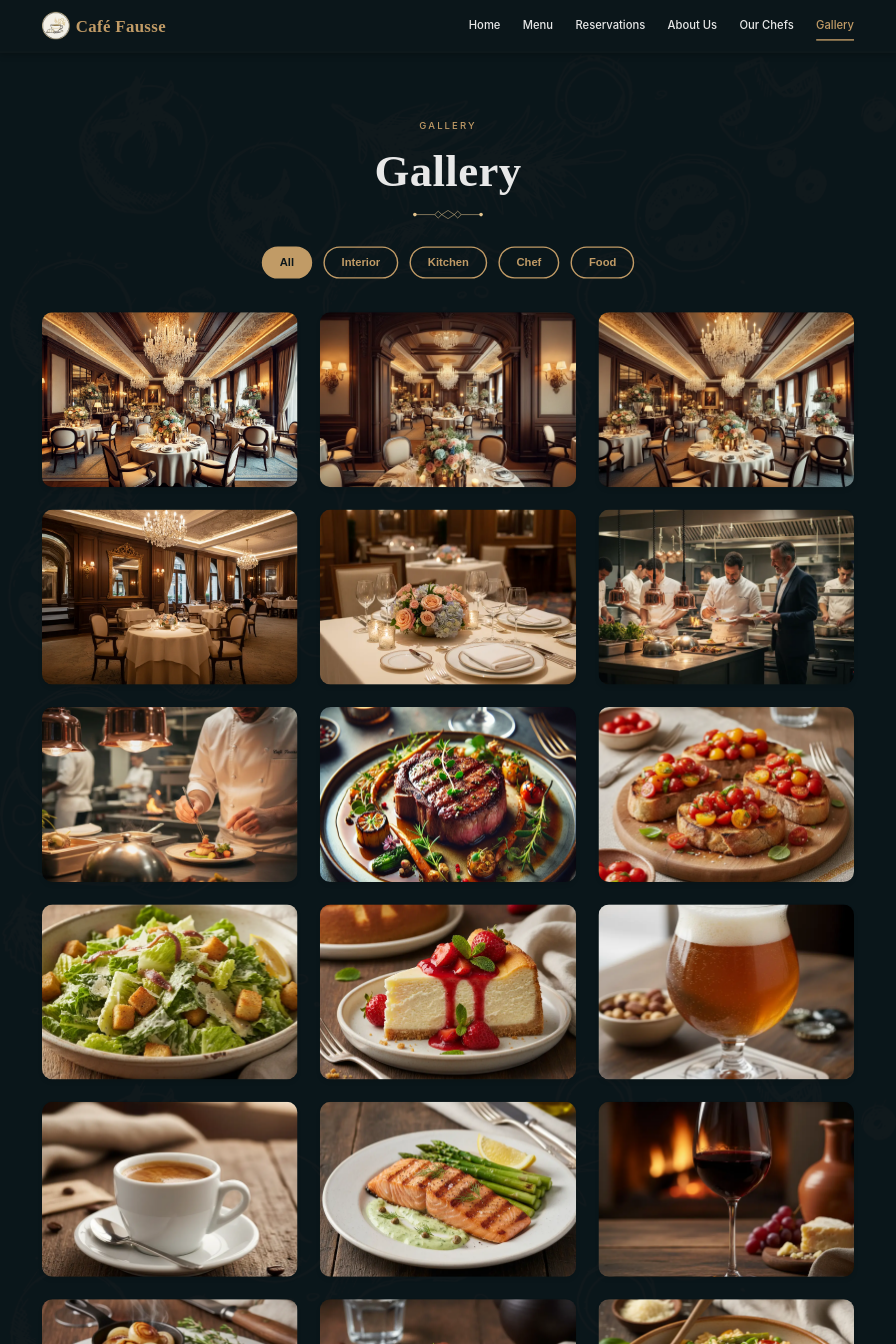
Repository: MatVanDenArt/MSSE-Cafe-Fausse
Page: /gallery (app in frontend/)
The author's editor kept a copy of each file at every save. The page is drawn from the files as they stood at one save, then again after the next save.
The browser window is 1280 px wide. The pictures show the part of the page from y = 0 to 1920 px (the page is 3482 px tall before and 3418 px after), at 70% of full size.
Backgrounds fixed to the window are drawn as part of the page. The project was rebuilt for these pictures with package versions that can differ from the ones it lists, and the page was loaded fresh each time. Also part of the build but not shown: frontend/src/pages/Home.css, frontend/src/pages/Home.js, frontend/src/pages/Menu.js, frontend/src/pages/Reservations.css, frontend/src/pages/Reservations.js, frontend/src/pages/About.js.

Above is the page before, as saved 2025-11-05 16:19:08.

### frontend/src/App.css
/* Global Styles */
* {
  margin: 0;
  padding: 0;
  box-sizing: border-box;
}

@import url("https://fonts.googleapis.com/css2?family=Dancing+Script:wght@400;500;600;700&family=Cormorant+Garamond:ital,wght@0,300;0,400;0,500;0,600;0,700;1,300;1,400;1,500;1,600&family=Inter:wght@300;400;500;600&family=Source+Sans+Pro:ital,wght@0,300;0,400;0,600;1,300;1,400&display=swap");

body {
  font-family: "Inter", "Source Sans Pro", "Helvetica Neue", "Arial", sans-serif;
  line-height: 1.6;
  color: #e8e8e8;
  background-color: #0b161a;
  font-weight: 400;
  padding-top: 70px; /* Account for fixed header */
}

/* Remove padding-top for home page since hero handles spacing */
.home {
  padding-top: 0;
}

.App {
  min-height: 100vh;
  display: flex;
  flex-direction: column;
}

.main-content {
  flex: 1;
}

/* Typography */
h1,
h2,
h3,
h4,
h5,
h6 {
  font-family: "Cormorant Garamond", "EB Garamond", "Georgia", "Times New Roman",
    serif;
  font-weight: 500;
  margin-bottom: 1rem;
  letter-spacing: 0.5px;
}

h1 {
  font-size: 2.5rem;
  color: #c19b66;
  font-family: "Dancing Script", "Cormorant Garamond", serif;
  font-weight: 600;
}

h2 {
  font-size: 2rem;
  color: #c19b66;
  font-family: "Dancing Script", "Cormorant Garamond", serif;
  font-weight: 600;
}

h3 {
  font-size: 2rem;
  color: #c19b66;
  font-family: "Cormorant Garamond", serif;
  font-weight: 500;
}

p {
  margin-bottom: 1rem;
  font-size: 1.1rem;
  font-family: "Inter", "Source Sans Pro", "Helvetica Neue", "Arial", sans-serif;
}

/* Container */
.container {
  max-width: 1200px;
  margin: 0 auto;
  padding: 0 20px;
}

/* Grid System */
.grid {
  display: grid;
  gap: 2rem;
}

.grid-2 {
  grid-template-columns: repeat(auto-fit, minmax(300px, 1fr));
}

.grid-3 {
  grid-template-columns: repeat(auto-fit, minmax(250px, 1fr));
}

.grid-4 {
  grid-template-columns: repeat(auto-fit, minmax(200px, 1fr));
}

/* Flexbox Utilities */
.flex {
  display: flex;
}

.flex-center {
  display: flex;
  justify-content: center;
  align-items: center;
}

.flex-between {
  display: flex;
  justify-content: space-between;
  align-items: center;
}

.flex-column {
  display: flex;
  flex-direction: column;
}

/* Buttons */
.btn {
  display: inline-block;
  padding: 12px 24px;
  background-color: #c19b66;
  color: #0b161a;
  text-decoration: none;
  border: none;
  border-radius: 6px;
  font-size: 1rem;
  font-weight: 600;
  cursor: pointer;
  transition: all 0.3s ease;
  text-align: center;
}

.btn-secondary {
  padding: 1rem 1.5rem;
  font-size: 1.1rem;
  background-color: transparent;
  color: #c19b66;
  border: 2px solid #c19b66;
}

.btn-secondary:hover {
  border: 2px solid #c19b66;
  background-color: #c19b66;
  color: #0b161a;
}

.btn-large {
  padding: 1rem 1.5rem;
  font-size: 1.1rem;
  border: 2px solid #c19b66;
}

.btn-large:hover {
  background-color: transparent;
  color: #c19b66;
  border: 2px solid #c19b66;
}

/* Forms */
.form-group {
  margin-bottom: 1.5rem;
}

.form-label {
  display: block;
  margin-bottom: 0.5rem;
  font-weight: 600;
  color: #c19b66;
}

.form-input,
.form-select,
.form-textarea {
  width: 100%;
  padding: 12px;
  border: 2px solid #151f21;
  border-radius: 5px;
  font-size: 1rem;
  transition: border-color 0.3s ease;
  background-color: #151f21;
  color: #e8e8e8;
}

.form-input:focus,
.form-select:focus,
.form-textarea:focus {
  outline: none;
  border-color: #c19b66;
  box-shadow: 0 0 0 3px rgba(193, 155, 102, 0.1);
}

.form-textarea {
  resize: vertical;
  min-height: 100px;
}

/* Cards */
.card {
  /* background: #151f21; */
  border-radius: 10px;
  box-shadow: 0 4px 6px rgba(0, 0, 0, 0.3);
  overflow: hidden;
  border: 1px solid #1f2a2d;
}

.card-body {
  padding: 1.5rem;
}

.card-title {
  font-size: 1.25rem;
  margin-bottom: 0.5rem;
  color: #c19b66;
  font-family: "Dancing Script", "Cormorant Garamond", serif;
  font-weight: 500;
}

.card-text {
  color: #c8c8c8;
  margin-bottom: 1rem;
}

/* Images */
.img-responsive {
  width: 100%;
  height: auto;
  display: block;
}

.img-rounded {
  border-radius: 10px;
}

/* Sections */
.section {
  padding: 4rem 0;
}

.section-dark {
  background-color: #0b161a;
  color: white;
}

.section-light {
  background-color: #151f21;
}

.section-title {
  text-align: center;
}

.section-title h2 {
  font-size: 2.5rem;
  margin-bottom: 1rem;
}

.section-title p {
  font-size: 1.2rem;
  color: #c8c8c8;
  /* max-width: 600px; */
  margin: 0 auto;
}

/* Hero Section - Moved to Home.css */

.hero-content h1 {
  font-size: 3.5rem;
  margin-bottom: 1rem;
  color: white;
}

.hero-buttons {
  display: flex;
  gap: 1rem;
  justify-content: center;
  flex-wrap: wrap;
}

/* Navigation styles are in Header.css */

/* Footer */
.footer {
  background-color: #333;
  color: white;
  padding: 3rem 0 1rem;
}

.footer-content {
  display: grid;
  grid-template-columns: repeat(auto-fit, minmax(250px, 1fr));
  gap: 2rem;
  margin-bottom: 2rem;
}

.footer-bottom {
  text-align: center;
  padding-top: 2rem;
  border-top: 1px solid #555;
  color: #ccc;
}

/* Responsive Design */
@media (max-width: 768px) {
  .container {
    padding: 0 15px;
  }

  .hero-content h1 {
    font-size: 2.5rem;
  }

  .hero-content p {
    font-size: 1.1rem;
  }

  .hero-buttons {
    flex-direction: column;
    align-items: center;
  }

  /* Navigation responsive styles are in Header.css */

  .grid-2,
  .grid-3,
  .grid-4 {
    grid-template-columns: 1fr;
  }

  h1 {
    font-size: 2rem;
  }

  h2 {
    font-size: 1.5rem;
  }
}

@media (max-width: 480px) {
  .hero-content h1 {
    font-size: 2rem;
  }

  .section {
    padding: 2rem 0;
  }

  .btn {
    padding: 10px 20px;
    font-size: 0.9rem;
  }
}

/* Utility Classes */
.text-center {
  text-align: center;
}

.text-left {
  text-align: left;
}

.text-right {
  text-align: right;
}

.mb-1 {
  margin-bottom: 0.5rem;
}
.mb-2 {
  margin-bottom: 1rem;
}
.mb-3 {
  margin-bottom: 1.5rem;
}
.mb-4 {
  margin-bottom: 2rem;
}

.mt-1 {
  margin-top: 0.5rem;
}
.mt-2 {
  margin-top: 1rem;
}
.mt-3 {
  margin-top: 1.5rem;
}
.mt-4 {
  margin-top: 2rem;
}

.p-1 {
  padding: 0.5rem;
}
.p-2 {
  padding: 1rem;
}
.p-3 {
  padding: 1.5rem;
}
.p-4 {
  padding: 2rem;
}

.hidden {
  display: none;
}

.visible {
  display: block;
}

### frontend/src/components/Header.css
.nav {
  background-color: #0b161a;
  box-shadow: 0 2px 10px rgba(0, 0, 0, 0.3);
  position: fixed;
  top: 0;
  left: 0;
  right: 0;
  z-index: 1000;
  border-bottom: 1px solid #151f21;
}

.nav-container {
  display: flex;
  justify-content: space-between;
  align-items: center;
  padding: 1rem 0;
}

.nav-logo {
  display: flex;
  align-items: center;
  gap: 0.5rem;
  text-decoration: none;
  font-family: "Cormorant Garamond", "EB Garamond", "Georgia", "Times New Roman",
    serif;
  font-weight: 500;
  letter-spacing: 0.5px;
}

.nav-logo-img {
  height: 40px;
  width: auto;
}

.nav-logo-text {
  font-size: 1.5rem;
  font-weight: bold;
  color: #c19b66;
  font-family: "Dancing Script", "Cormorant Garamond", serif;
}

.nav-logo:hover .nav-logo-text {
  color: #c19b66;
}

.nav-menu {
  display: flex;
  list-style: none;
  gap: 2rem;
  margin: 0;
  padding: 0;
}

.nav-link {
  color: #e8e8e8;
  text-decoration: none;
  font-weight: 500;
  transition: color 0.3s ease;
  padding: 0.5rem 0;
  position: relative;
}

.nav-link:hover,
.nav-link.active {
  color: #c19b66;
}

.nav-link.active::after {
  content: "";
  position: absolute;
  bottom: 0;
  left: 0;
  right: 0;
  height: 2px;
  background-color: #c19b66;
}

.nav-toggle {
  display: none;
  flex-direction: column;
  background: none;
  border: none;
  cursor: pointer;
  padding: 0.5rem;
}

.nav-toggle-line {
  width: 25px;
  height: 3px;
  background-color: #c19b66;
  margin: 3px 0;
  transition: 0.3s;
}

/* Mobile Navigation */
@media (max-width: 768px) {
  .nav-toggle {
    display: flex;
  }

  .nav-menu {
    position: fixed;
    top: 70px;
    left: 0;
    right: 0;
    background-color: #0b161a;
    flex-direction: column;
    padding: 2rem;
    box-shadow: 0 2px 10px rgba(0, 0, 0, 0.3);
    transform: translateY(-100%);
    opacity: 0;
    visibility: hidden;
    transition: all 0.3s ease;
    z-index: 999;
    border-top: 1px solid #151f21;
  }

  .nav-menu-open {
    transform: translateY(0);
    opacity: 1;
    visibility: visible;
  }

  .nav-link {
    padding: 1rem 0;
    border-bottom: 1px solid #151f21;
    text-align: center;
    color: #e8e8e8;
  }

  .nav-link:last-child {
    border-bottom: none;
  }

  .nav-link:hover,
  .nav-link.active {
    color: #c19b66;
  }

  .nav-toggle.open .nav-toggle-line:nth-child(1) {
    transform: rotate(45deg) translate(5px, 5px);
  }

  .nav-toggle.open .nav-toggle-line:nth-child(2) {
    opacity: 0;
  }

  .nav-toggle.open .nav-toggle-line:nth-child(3) {
    transform: rotate(-45deg) translate(7px, -6px);
  }
}

### frontend/src/components/Footer.css
.footer {
  background-color: #0b161a;
  color: #e8e8e8;
  padding: 3rem 0 1rem;
  margin-top: auto;
  border-top: 1px solid #151f21;
}

.footer-content {
  display: grid;
  grid-template-columns: repeat(auto-fit, minmax(250px, 1fr));
  gap: 2rem;
  margin-bottom: 2rem;
}

.footer-section h3 {
  color: #c19b66;
  font-size: 1.8rem;
  font-family: "Cormorant Garamond", "Times New Roman", serif;
  font-weight: 500;
  letter-spacing: 0.5px;
  margin-bottom: 0.25rem;
}

.footer-section p {
  margin-bottom: 0.5rem;
  line-height: 1.6;
  color: #c8c8c8;
}

.footer-section strong {
  color: white;
}

.newsletter-form {
  display: flex;
  flex-direction: column;
  gap: 0.5rem;
  margin-top: 1rem;
}

.newsletter-input {
  padding: 0.75rem;
  border: 1px solid #151f21;
  border-radius: 5px;
  background-color: #151f21;
  color: #e8e8e8;
  font-size: 0.9rem;
}

.newsletter-input::placeholder {
  color: #ccc;
}

.newsletter-input:focus {
  outline: none;
  border-color: #c19b66;
}

.newsletter-btn {
  padding: 0.75rem;
  font-size: 0.9rem;
  border: 2px solid #c19b66;
  background-color: transparent;
  color: #c19b66;
}

.newsletter-btn:hover {
  background-color: #c19b66;
  color: #0b161a;
}

.newsletter-btn:disabled {
  opacity: 0.6;
  cursor: not-allowed;
}

.newsletter-success {
  background-color: #4caf50;
  padding: 1rem;
  border-radius: 5px;
  text-align: center;
  margin-top: 1rem;
}

.newsletter-success p {
  margin: 0;
  color: white;
  font-weight: 600;
}

.footer-bottom {
  text-align: center;
  padding-top: 2rem;
  border-top: 1px solid #151f21;
  color: #a8a8a8;
}

.footer-bottom p {
  margin: 0;
  font-size: 0.9rem;
}

@media (max-width: 768px) {
  .footer {
    padding: 2rem 0 1rem;
  }

  .footer-content {
    grid-template-columns: 1fr;
    gap: 1.5rem;
  }

  .newsletter-form {
    flex-direction: column;
  }
}

### frontend/src/pages/Menu.css
.menu {
  padding: 2rem 0;
  position: relative;
  background-color: #0b161a;
}

.menu::before {
  content: "";
  position: absolute;
  top: 0;
  left: 0;
  right: 0;
  bottom: 0;
  background-color: rgba(11, 22, 26, 0.7);
  z-index: 0;
}

.menu > .container {
  position: relative;
  z-index: 1;
}

.menu-disclaimer {
  font-style: italic;
  color: #c8c8c8;
  font-size: 0.9rem;
  margin-top: 1rem;
}

.menu-content {
  max-width: 1200px;
  margin: 4rem auto 0;
  padding: 0 20px;
}

/* Hero Section */
.menu .section-title {
  text-align: center;
  padding: 2rem 0 1rem;
}

.menu .section-title p {
  font-size: 0.85rem;
  text-transform: uppercase;
  letter-spacing: 3px;
  margin-bottom: 1rem;
  font-weight: 500;
  display: inline-block;
  color: #c19b66;
}
.separator {
  max-width: 100px;
  height: auto;
  margin: 0 auto;
  margin-bottom: 1rem;
}

.menu .section-title h1 {
  font-size: 4rem;
  color: #e8e8e8;
  margin-bottom: 1rem;
  font-family: "Cormorant Garamond", serif;
  font-weight: 600;
  line-height: 1.2;
}

.menu-section {
  margin-bottom: 2rem;
  display: flex;
  overflow: hidden;
}

.menu-section-image-container {
  flex: 0 0 40%;
  width: 40%;
  position: relative;
  overflow: hidden;
  align-self: stretch;
}

.menu-section-image {
  width: 100%;
  height: 100%;
  object-fit: cover;
  object-position: center;
  min-height: 100%;
}

.menu-section-content {
  flex: 0 0 60%;
  width: 60%;
  background: #151f21;
  padding: 3rem;
  display: flex;
  flex-direction: column;
}

.menu-section-header {
  margin-bottom: 2.5rem;
}

.menu-section-title {
  font-size: 2rem;
  font-weight: 700;
  color: #e8e8e8;
  margin: 0;
  letter-spacing: 2px;
  text-transform: uppercase;
  font-family: "Inter", "Source Sans Pro", sans-serif;
}

.menu-items {
  flex: 1;
  margin-bottom: 2rem;
}

.menu-item {
  margin-bottom: 1.5rem;
}

.menu-item:last-child {
  margin-bottom: 0;
}

.menu-item-header {
  display: flex;
  justify-content: space-between;
  align-items: center;
  margin-bottom: 0.5rem;
  gap: 1rem;
}

.menu-item-name {
  font-size: 1.1rem;
  color: #e8e8e8;
  margin: 0;
  font-weight: 600;
  letter-spacing: 1px;
  flex-shrink: 0;
  font-family: "Inter", "Source Sans Pro", sans-serif;
}

.menu-item-price-line {
  display: flex;
  align-items: center;
  gap: 0.75rem;
  flex: 1;
  min-width: 0;
}

.price-line {
  flex: 1;
  height: 1px;
  background: linear-gradient(to right, transparent, #c19b66 50%, transparent);
  border-bottom: 1px dotted #c19b66;
  min-width: 20px;
}

.menu-item-price {
  font-size: 1.1rem;
  font-weight: 600;
  color: #e8e8e8;
  white-space: nowrap;
  font-family: "Inter", "Source Sans Pro", sans-serif;
}

.menu-item-description {
  color: #c8c8c8;
  line-height: 1.6;
  margin: 0 0 1rem 0;
  font-style: italic;
  font-size: 0.9rem;
  font-family: "Inter", "Source Sans Pro", sans-serif;
}

.menu-item-divider {
  height: 1px;
  background: linear-gradient(to right, transparent, #c19b66 50%, transparent);
  border-bottom: 1px dotted #c19b66;
  margin-top: 1rem;
}

@media (max-width: 968px) {
  .menu-section {
    flex-direction: column;
    min-height: auto;
  }

  .menu-section-image-container {
    flex: 0 0 auto;
    width: 100%;
    height: 300px;
  }

  .menu-section-content {
    flex: 0 0 auto;
    width: 100%;
    padding: 2rem;
  }

  .menu-section-title {
    font-size: 1.75rem;
  }
}

@media (max-width: 768px) {
  .menu-section-content {
    padding: 1.5rem;
  }

  .menu-section-header {
    margin-bottom: 2rem;
  }

  .menu-section-title {
    font-size: 1.5rem;
    letter-spacing: 1px;
  }

  .menu-item-header {
    flex-direction: column;
    align-items: flex-start;
    gap: 0.5rem;
  }

  .menu-item-name {
    font-size: 1rem;
    width: 100%;
  }

  .menu-item-price-line {
    width: 100%;
    justify-content: flex-end;
  }

  .menu-item-description {
    font-size: 0.85rem;
  }
}

@media (max-width: 480px) {
  .menu {
    padding: 1rem 0;
  }

  .menu-section-image-container {
    height: 250px;
  }

  .menu-section-content {
    padding: 1.25rem;
  }

  .menu-section-title {
    font-size: 1.25rem;
    letter-spacing: 0.5px;
  }

  .menu-item-name {
    font-size: 0.95rem;
  }

  .menu-item-price {
    font-size: 1rem;
  }

  .menu-item-description {
    font-size: 0.8rem;
  }
}

### frontend/src/pages/Gallery.css
.gallery {
  padding: 4rem 0;
  position: relative;
  background-color: #0b161a;
}

.separator {
  max-width: 100px;
  height: auto;
  margin: 0 auto;
  margin-bottom: 1rem;
}

.gallery::before {
  content: "";
  position: absolute;
  top: 0;
  left: 0;
  right: 0;
  bottom: 0;
  background-color: rgba(11, 22, 26, 0.7);
  z-index: 0;
}

.gallery > .container {
  position: relative;
  z-index: 1;
}

/* Hero Section */
.gallery .section-title {
  text-align: center;
  padding: 2rem 0 1rem;
}

.gallery .section-title p {
  font-size: 0.85rem;
  text-transform: uppercase;
  letter-spacing: 3px;
  margin-bottom: 1rem;
  font-weight: 500;
  display: inline-block;
  color: #c19b66;
}

.gallery .section-title h1 {
  font-size: 4rem;
  color: #e8e8e8;
  margin-bottom: 1rem;
  font-family: "Cormorant Garamond", serif;
  font-weight: 600;
  line-height: 1.2;
}

.gallery-filters {
  display: flex;
  justify-content: center;
  gap: 1rem;
  margin-bottom: 3rem;
  flex-wrap: wrap;
}

.filter-btn {
  padding: 0.75rem 1.5rem;
  border: 2px solid #c19b66;
  background-color: transparent;
  color: #c19b66;
  border-radius: 25px;
  cursor: pointer;
  font-weight: 600;
  transition: all 0.3s ease;
  font-size: 1rem;
}

.filter-btn:hover,
.filter-btn.active {
  background-color: #c19b66;
  color: #0b161a;
}

.gallery-grid {
  display: grid;
  grid-template-columns: repeat(auto-fill, minmax(300px, 1fr));
  gap: 2rem;
  margin-bottom: 4rem;
  justify-items: stretch;
}

.gallery-item {
  position: relative;
  border-radius: 15px;
  overflow: hidden;
  cursor: pointer;
  transition: transform 0.3s ease;
  box-shadow: 0 4px 6px rgba(0, 0, 0, 0.1);
  width: 100%;
  max-width: 100%;
}

/* Prevent single items from stretching too wide - limit to 400px */
.gallery-item:only-child {
  max-width: 400px;
  justify-self: start;
}

.gallery-item:hover {
  transform: translateY(-5px);
}

.gallery-image {
  width: 100%;
  height: 250px;
  object-fit: cover;
  display: block;
  transition: transform 0.3s ease;
}

.gallery-item:hover .gallery-image {
  transform: scale(1.05);
}

.gallery-overlay {
  position: absolute;
  bottom: 0;
  left: 0;
  right: 0;
  background: linear-gradient(transparent, rgba(0, 0, 0, 0.8));
  color: white;
  padding: 2rem 1.5rem 1.5rem;
  transform: translateY(100%);
  transition: transform 0.3s ease;
}

.gallery-item:hover .gallery-overlay {
  transform: translateY(0);
}

.gallery-overlay h3 {
  margin: 0 0 0.5rem 0;
  font-size: 1.2rem;
  color: white;
  font-family: "Dancing Script", "Cormorant Garamond", serif;
  font-weight: 500;
}

.gallery-overlay p {
  margin: 0;
  font-size: 0.9rem;
  opacity: 0.9;
}

.reviews-section {
  background: #151f21;
  padding: 3rem 0;
  border-radius: 20px;
  margin-top: 2rem;
  border: 1px solid #1f2a2d;
}

.reviews-grid {
  display: grid;
  grid-template-columns: repeat(auto-fit, minmax(300px, 1fr));
  gap: 2rem;
  margin-top: 2rem;
}

.review-card {
  background: #0b161a;
  padding: 2rem;
  border-radius: 15px;
  box-shadow: 0 4px 6px rgba(0, 0, 0, 0.3);
  text-align: center;
  transition: transform 0.3s ease;
  border: 1px solid #1f2a2d;
}

.review-card:hover {
  transform: translateY(-5px);
}

.review-stars {
  color: #ffd700;
  font-size: 1.5rem;
  margin-bottom: 1rem;
}

.review-card blockquote {
  font-size: 1.1rem;
  font-style: italic;
  line-height: 1.6;
  margin-bottom: 1.5rem;
  color: #e8e8e8;
}

.review-card cite {
  color: #c19b66;
  font-weight: 600;
  font-size: 1rem;
}

/* Lightbox Styles */
.lightbox {
  position: fixed;
  top: 0;
  left: 0;
  width: 100%;
  height: 100%;
  background-color: rgba(0, 0, 0, 0.9);
  display: flex;
  justify-content: center;
  align-items: center;
  z-index: 2000;
  cursor: pointer;
}

.lightbox-content {
  position: relative;
  max-width: 90%;
  max-height: 90%;
  display: flex;
  align-items: center;
  justify-content: center;
  cursor: default;
}

.lightbox-image-wrapper {
  position: relative;
  display: flex;
  flex-direction: column;
  align-items: center;
  max-width: 100%;
  max-height: 90vh;
}

.lightbox-image {
  max-width: 100%;
  max-height: 85vh;
  object-fit: contain;
  border-radius: 10px;
}

.lightbox-close {
  position: absolute;
  top: -50px;
  right: 0;
  background: none;
  border: none;
  color: white;
  font-size: 2rem;
  cursor: pointer;
  padding: 0.5rem;
  z-index: 2001;
}

.lightbox-nav {
  position: absolute;
  top: 50%;
  transform: translateY(-50%);
  background: rgba(255, 255, 255, 0.2);
  border: none;
  color: white;
  font-size: 2rem;
  cursor: pointer;
  padding: 1rem;
  border-radius: 50%;
  transition: background-color 0.3s ease;
  z-index: 2001;
  width: 60px;
  height: 60px;
  display: flex;
  align-items: center;
  justify-content: center;
  flex-shrink: 0;
}

.lightbox-nav:hover {
  background: rgba(255, 255, 255, 0.3);
}

.lightbox-prev {
  left: -60px;
}

.lightbox-next {
  right: -60px;
}

.lightbox-caption {
  position: absolute;
  bottom: -50px;
  left: 50%;
  transform: translateX(-50%);
  color: white;
  text-align: center;
}

.lightbox-nav-container {
  display: none;
}

.lightbox-prev-mobile,
.lightbox-next-mobile {
  display: none;
}

.lightbox-caption h3 {
  margin: 0;
  font-size: 1.2rem;
  color: white;
}

@media (max-width: 968px) {
  .gallery .section-title h1 {
    font-size: 2.5rem;
  }
}

@media (max-width: 768px) {
  .gallery .section-title {
    margin-bottom: 2rem;
  }

  .gallery .section-title h1 {
    font-size: 2rem;
  }
  .gallery {
    padding: 1rem 0;
  }

  .gallery-filters {
    gap: 0.5rem;
    margin-bottom: 2rem;
  }

  .filter-btn {
    padding: 0.5rem 1rem;
    font-size: 0.9rem;
  }

  .gallery-grid {
    grid-template-columns: repeat(auto-fit, minmax(250px, 1fr));
    gap: 1.5rem;
    margin-bottom: 3rem;
  }

  .gallery-image {
    height: 200px;
  }

  .gallery-overlay {
    padding: 1.5rem 1rem 1rem;
  }

  .gallery-overlay h3 {
    font-size: 1.1rem;
  }

  .reviews-section {
    padding: 2rem 0;
  }

  .reviews-grid {
    grid-template-columns: 1fr;
    gap: 1.5rem;
  }

  .review-card {
    padding: 1.5rem;
  }

  .review-card blockquote {
    font-size: 1rem;
  }

  .lightbox-content {
    flex-direction: column;
    gap: 1rem;
    padding-bottom: 20px;
  }

  .lightbox-image-wrapper {
    width: 100%;
  }

  .lightbox-image {
    max-height: 60vh;
  }

  .lightbox-nav {
    display: none;
  }

  .lightbox-prev,
  .lightbox-next {
    display: none;
  }

  .lightbox-prev-mobile,
  .lightbox-next-mobile {
    display: flex;
    position: static;
    transform: none;
    top: auto;
    left: auto;
    right: auto;
    width: 50px;
    height: 50px;
    font-size: 1.5rem;
    padding: 0.75rem;
    margin: 0 0.5rem;
  }

  .lightbox-nav-container {
    display: flex;
    justify-content: center;
    align-items: center;
    gap: 1rem;
    margin-top: 1rem;
  }

  .lightbox-caption {
    position: static;
    transform: none;
    margin-top: 1rem;
    bottom: auto;
    left: auto;
    color: white;
  }

  .lightbox-close {
    top: 10px;
    right: 10px;
    font-size: 1.5rem;
  }
}

@media (max-width: 480px) {
  .gallery .section-title h1 {
    font-size: 1.75rem;
  }
  .gallery-grid {
    grid-template-columns: 1fr;
    gap: 1rem;
  }

  .gallery-image {
    height: 180px;
  }

  .gallery-overlay {
    padding: 1rem;
  }

  .gallery-overlay h3 {
    font-size: 1rem;
  }

  .gallery-overlay p {
    font-size: 0.8rem;
  }

  .review-card {
    padding: 1rem;
  }

  .review-card blockquote {
    font-size: 0.9rem;
  }

  .lightbox-prev-mobile,
  .lightbox-next-mobile {
    width: 45px;
    height: 45px;
    font-size: 1.2rem;
    padding: 0.5rem;
    margin: 0 0.25rem;
  }
}

Loaded but not shown: frontend/public/index.html (common file); frontend/src/index.js (common file); frontend/src/index.css (common file); frontend/src/reportWebVitals.js (common file); frontend/src/pages/Gallery.js (341 lines, source omitted); frontend/src/components/Footer.js (119 lines, source omitted); frontend/src/components/Header.js (120 lines, source omitted); frontend/src/App.js (34 lines, source omitted); frontend/src/pages/About.css (533 lines, source omitted)

After the next save:
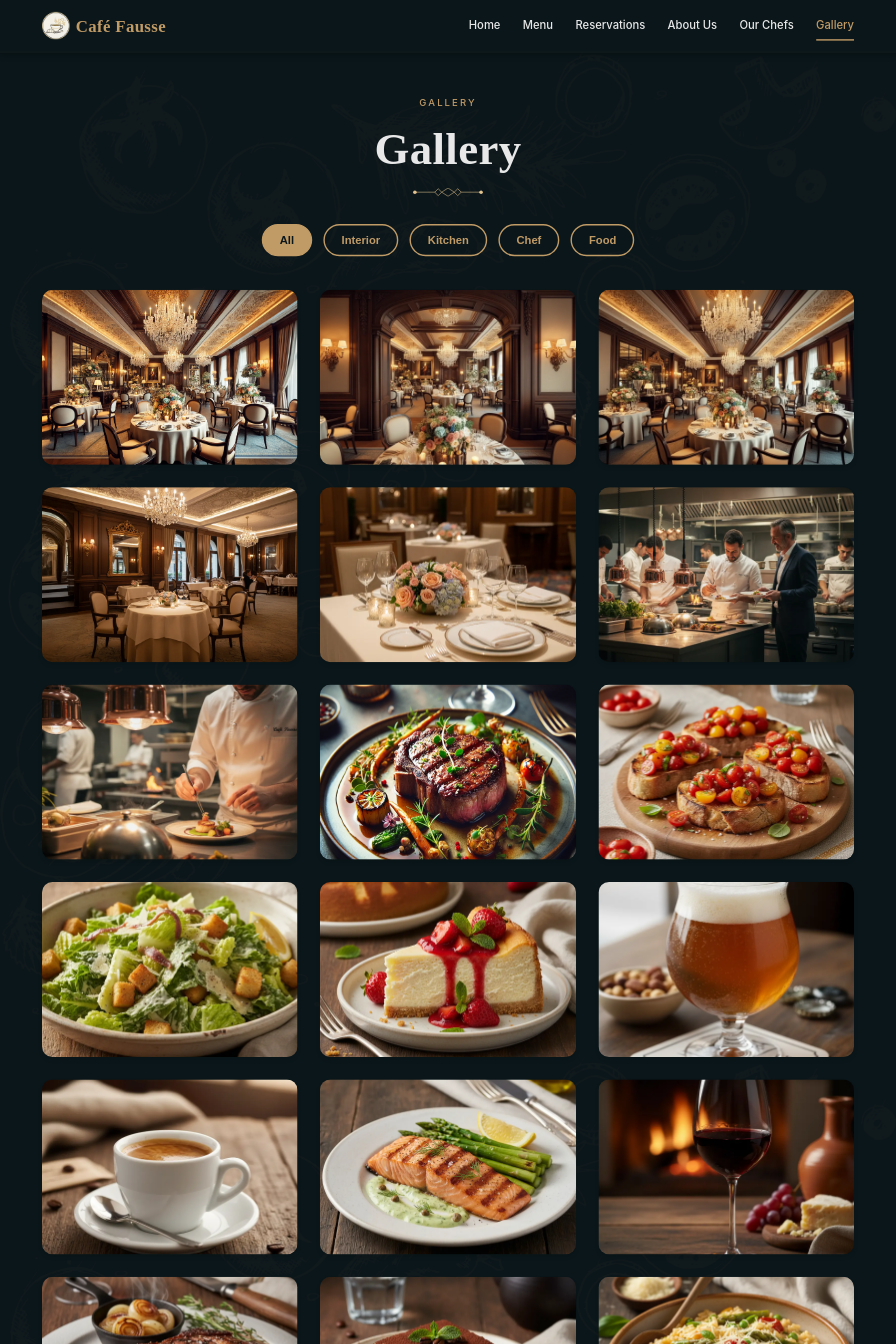
Saved 38 s later.
--- a/frontend/src/pages/Gallery.css
+++ b/frontend/src/pages/Gallery.css
@@ -1,5 +1,5 @@
 .gallery {
-  padding: 4rem 0;
+  padding: 2rem 0;
   position: relative;
   background-color: #0b161a;
 }
